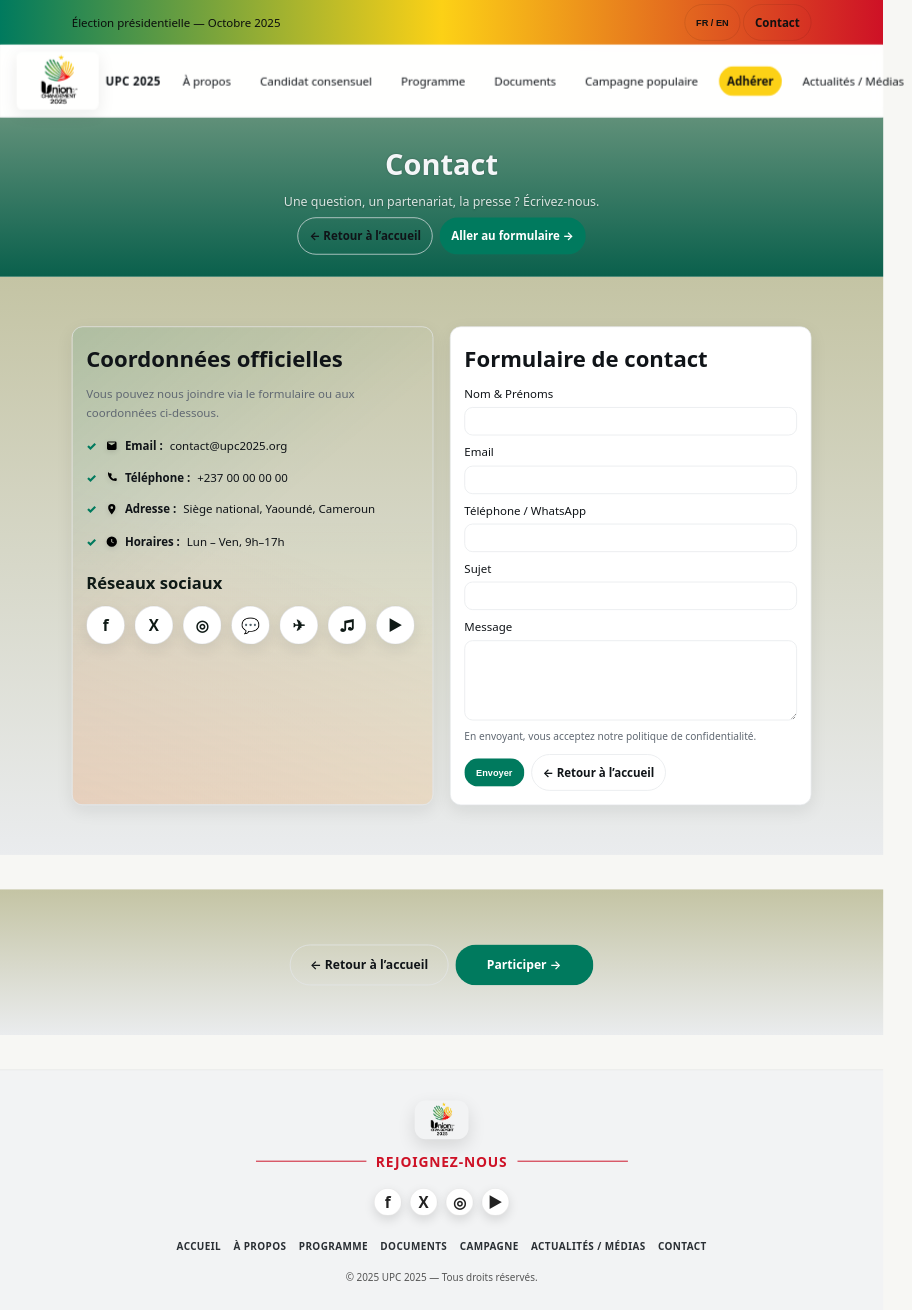
Repository: Kishny/upc2025
Page: contact.html
These files come from the project's save history. The page is drawn as it stood at one moment and after the next save; the edit follows.
The browser window is 1280 px wide. The page is 1322 px wide, so the pictures cover 1322 px, including what lies to the right of the window. The pictures show the whole page, at 69% of full size.

Above is the page before, as saved 2025-09-12 04:32:37.
Console error: ReferenceError: DICT_ABOUT is not defined

### contact.html
<!DOCTYPE html>
<html lang="fr">
  <head>
    <meta charset="utf-8" />
    <meta name="viewport" content="width=device-width,initial-scale=1" />
    <title data-i18n="contact_page_title">Contact — UPC 2025</title>
    <meta
      name="description"
      content="Formulaire de contact, coordonnées officielles et réseaux sociaux de l'Union Pour le Changement 2025."
      data-i18n="contact_page_desc"
    />
    <link rel="preload" href="assets/css/styles.css" as="style" />
    <link rel="stylesheet" href="assets/css/styles.css" />
    <link rel="icon" href="assets/img/logo.png" />
  </head>
  <body>
    <!-- Topbar -->
    <div class="topbar">
      <div class="container">
        <span class="topbar__msg" data-i18n="topbar_msg"
          >Élection présidentielle — Octobre 2025</span
        >
        <div class="topbar__actions">
          <button
            id="langToggle"
            class="btn btn--ghost"
            aria-label="Toggle language"
          >
            FR / EN
          </button>
          <a class="btn btn--ghost" href="contact.html" data-i18n="contact"
            >Contact</a
          >
        </div>
      </div>
    </div>

    <!-- Header -->
    <header class="header">
      <div class="container header__inner">
        <a href="index.html" class="brand">
          <img src="assets/img/logo.png" alt="UPC 2025" class="brand__logo" />
          <span class="brand__title">UPC 2025</span>
        </a>
        <nav id="nav" class="nav" aria-label="Navigation principale">
          <a href="a-propos.html" data-i18n="nav_about">À propos</a>
          <a href="candidat.html" data-i18n="nav_candidate"
            >Candidat consensuel</a
          >
          <a href="programme.html" data-i18n="nav_program">Programme</a>
          <a href="documents-officiels.html" data-i18n="nav_docs">Documents</a>
          <a href="campagne-populaire.html" data-i18n="nav_campaign"
            >Campagne populaire</a
          >
          <a href="adherer.html" class="nav__cta" data-i18n="nav_join"
            >Adhérer</a
          >
          <a href="actualites-medias.html" data-i18n="nav_news_media"
            >Actualités / Médias</a
          >
        </nav>
        <button id="burger" class="burger" aria-label="Menu">
          <span></span><span></span><span></span>
        </button>
      </div>
    </header>

    <!-- Hero compact -->
    <section class="hero" style="min-height: clamp(180px, 32vh, 360px)">
      <div class="hero__content container">
        <h1 class="hero__title" data-i18n="contact_title">Contact</h1>
        <p class="hero__subtitle" data-i18n="contact_subtitle">
          Une question, un partenariat, la presse ? Écrivez-nous.
        </p>
        <div class="hero__cta">
          <a href="index.html" class="btn btn--outline" data-i18n="back_home"
            >← Retour à l’accueil</a
          >
          <a href="#form" class="btn btn--primary" data-i18n="goto_form"
            >Aller au formulaire →</a
          >
        </div>
      </div>
    </section>

    <main>
      <!-- Coordonnées + Formulaire -->
      <section class="section">
        <div class="container grid-2">
          <!-- Coordonnées officielles -->
          <aside class="card gradient-cm contact-card">
            <h2 class="card__title" data-i18n="contact_block_title">
              Coordonnées officielles
            </h2>
            <p class="muted" data-i18n="contact_block_desc">
              Vous pouvez nous joindre via le formulaire ou aux coordonnées
              ci-dessous.
            </p>

            <ul class="checklist contact-list">
              <li>
                <!-- Email -->
                <svg class="ico" viewBox="0 0 24 24">
                  <path
                    d="M2.75 6.5A2.75 2.75 0 0 1 5.5 3.75h13A2.75 2.75 0 0 1 21.25 6.5v11A2.75 2.75 0 0 1 18.5 20.25h-13A2.75 2.75 0 0 1 2.75 17.5v-11Zm2.75-.75-.75.75v.22l7 4.41 7-4.41V6.5l-.75-.75H5.5Z"
                  />
                </svg>
                <strong data-i18n="contact_email_label">Email :</strong>
                <a href="mailto:contact@upc2025.org">contact@upc2025.org</a>
              </li>
              <li>
                <!-- Téléphone -->
                <svg class="ico" viewBox="0 0 24 24">
                  <path
                    d="M6.6 2a2 2 0 0 0-2 2c0 8.3 6.7 15 15 15a2 2 0 0 0 2-2v-2.3a1 1 0 0 0-1-1c-.5 0-1.3-.1-2-.3-.6-.2-1.3 0-1.7.4l-1.2 1.2a11.3 11.3 0 0 1-5.5-5.5l1.2-1.2c.4-.4.6-1.1.4-1.7-.2-.7-.3-1.5-.3-2a1 1 0 0 0-1-1H6.6Z"
                  />
                </svg>
                <strong data-i18n="contact_phone_label">Téléphone :</strong>
                <a href="tel:+237000000000">+237 00 00 00 00</a>
              </li>
              <li>
                <!-- Adresse -->
                <svg class="ico" viewBox="0 0 24 24">
                  <path
                    d="M12 2a7 7 0 0 0-7 7c0 5.2 7 13 7 13s7-7.8 7-13a7 7 0 0 0-7-7Zm0 9.5a2.5 2.5 0 1 1 0-5 2.5 2.5 0 0 1 0 5Z"
                  />
                </svg>
                <strong data-i18n="contact_addr_label">Adresse :</strong>
                <span data-i18n="contact_addr_value"
                  >Siège national, Yaoundé, Cameroun</span
                >
              </li>
              <li>
                <!-- Horaires -->
                <svg class="ico" viewBox="0 0 24 24">
                  <path
                    d="M12 2a10 10 0 1 0 0 20 10 10 0 0 0 0-20Zm.75 5v5l3.5 2.1-.75 1.2-4.5-2.8V7h1.75Z"
                  />
                </svg>
                <strong data-i18n="contact_hours_label">Horaires :</strong>
                <span data-i18n="contact_hours_value">Lun – Ven, 9h–17h</span>
              </li>
            </ul>

            <!-- Réseaux sociaux -->
            <h3 class="socials__title" data-i18n="socials_title">
              Réseaux sociaux
            </h3>
            <ul class="socials-list">
              <li>
                <a
                  class="sbtn sbtn--fb"
                  href="https://facebook.com/"
                  target="_blank"
                  aria-label="Facebook"
                  >f</a
                >
              </li>
              <li>
                <a
                  class="sbtn sbtn--tw"
                  href="https://twitter.com/"
                  target="_blank"
                  aria-label="Twitter"
                  >X</a
                >
              </li>
              <li>
                <a
                  class="sbtn sbtn--ig"
                  href="https://instagram.com/"
                  target="_blank"
                  aria-label="Instagram"
                  >◎</a
                >
              </li>
              <li>
                <a
                  class="sbtn sbtn--wa"
                  href="https://wa.me/237000000000"
                  target="_blank"
                  aria-label="WhatsApp"
                  >💬</a
                >
              </li>
              <li>
                <a
                  class="sbtn sbtn--tg"
                  href="https://t.me/"
                  target="_blank"
                  aria-label="Telegram"
                  >✈</a
                >
              </li>
              <li>
                <a
                  class="sbtn sbtn--tt"
                  href="https://tiktok.com/"
                  target="_blank"
                  aria-label="TikTok"
                  >♫</a
                >
              </li>
              <li>
                <a
                  class="sbtn sbtn--yt"
                  href="https://youtube.com/"
                  target="_blank"
                  aria-label="YouTube"
                  >▶</a
                >
              </li>
            </ul>
          </aside>

          <!-- Formulaire -->
          <section id="form" class="card">
            <h2 style="margin-top: 0" data-i18n="contact_form_title">
              Formulaire de contact
            </h2>
            <form id="form-contact" novalidate>
              <label>
                <span data-i18n="field_name">Nom & Prénoms</span>
                <input type="text" name="name" required />
              </label>

              <label>
                <span data-i18n="field_email">Email</span>
                <input type="email" name="email" required />
              </label>

              <label>
                <span data-i18n="field_phone">Téléphone / WhatsApp</span>
                <input type="tel" name="phone" />
              </label>

              <label>
                <span data-i18n="field_subject">Sujet</span>
                <input type="text" name="subject" required />
              </label>

              <label>
                <span data-i18n="field_message">Message</span>
                <textarea name="message" rows="6" required></textarea>
              </label>

              <p class="form__small" data-i18n="privacy_note">
                En envoyant, vous acceptez notre politique de confidentialité.
              </p>

              <div class="hero__cta" style="justify-content: flex-start">
                <button
                  type="submit"
                  class="btn btn--primary"
                  data-i18n="btn_send_msg"
                >
                  Envoyer
                </button>
                <a
                  href="index.html"
                  class="btn btn--outline"
                  data-i18n="back_home"
                  >← Retour à l’accueil</a
                >
              </div>

              <div class="form__alert" hidden aria-live="polite"></div>
            </form>
          </section>
        </div>
      </section>

      <!-- Navigation courte (cohérence) -->
      <section class="section nav-cta">
        <div class="container hero__cta">
          <a href="index.html" class="btn btn--outline" data-i18n="back_home"
            >← Retour à l’accueil</a
          >
          <a
            href="participez.html"
            class="btn btn--primary"
            data-i18n="goto_participate"
            >Participer →</a
          >
        </div>
      </section>
    </main>

    <!-- Footer propre -->
    <footer class="footer footer--clean">
      <div class="container footer__wrap">
        <img src="assets/img/logo.png" alt="UPC 2025" class="footer__logo" />
        <div class="footer__titleline">
          <span class="footer__line"></span>
          <h3 class="footer__title" data-i18n="footer_join">REJOIGNEZ-NOUS</h3>
          <span class="footer__line"></span>
        </div>

        <ul class="footer__socials">
          <li>
            <a class="sbtn" href="#" aria-label="Facebook" title="Facebook"
              >f</a
            >
          </li>
          <li>
            <a class="sbtn" href="#" aria-label="X / Twitter" title="X">X</a>
          </li>
          <li>
            <a class="sbtn" href="#" aria-label="Instagram" title="Instagram"
              >◎</a
            >
          </li>
          <li>
            <a class="sbtn" href="#" aria-label="YouTube" title="YouTube">▶</a>
          </li>
        </ul>

        <nav class="footer__nav">
          <a href="index.html" data-i18n="footer_home">Accueil</a>
          <a href="a-propos.html" data-i18n="nav_about">À propos</a>
          <a href="programme.html" data-i18n="nav_program">Programme</a>
          <a href="documents-officiels.html" data-i18n="nav_docs">Documents</a>
          <a href="campagne-populaire.html" data-i18n="nav_campaign"
            >Campagne</a
          >
          <a href="actualites-medias.html" data-i18n="nav_news_media"
            >Actualités / Médias</a
          >
          <a href="contact.html" data-i18n="contact">Contact</a>
        </nav>

        <small class="footer__copy">
          © <span id="year"></span> UPC 2025 —
          <span data-i18n="rights">Tous droits réservés.</span>
        </small>
      </div>
    </footer>

    <script src="assets/js/app.js" defer></script>
  </body>
</html>

Loaded but not shown: assets/js/app.js (1349 lines, source omitted); assets/css/styles.css (3051 lines, source omitted)

After the next save:
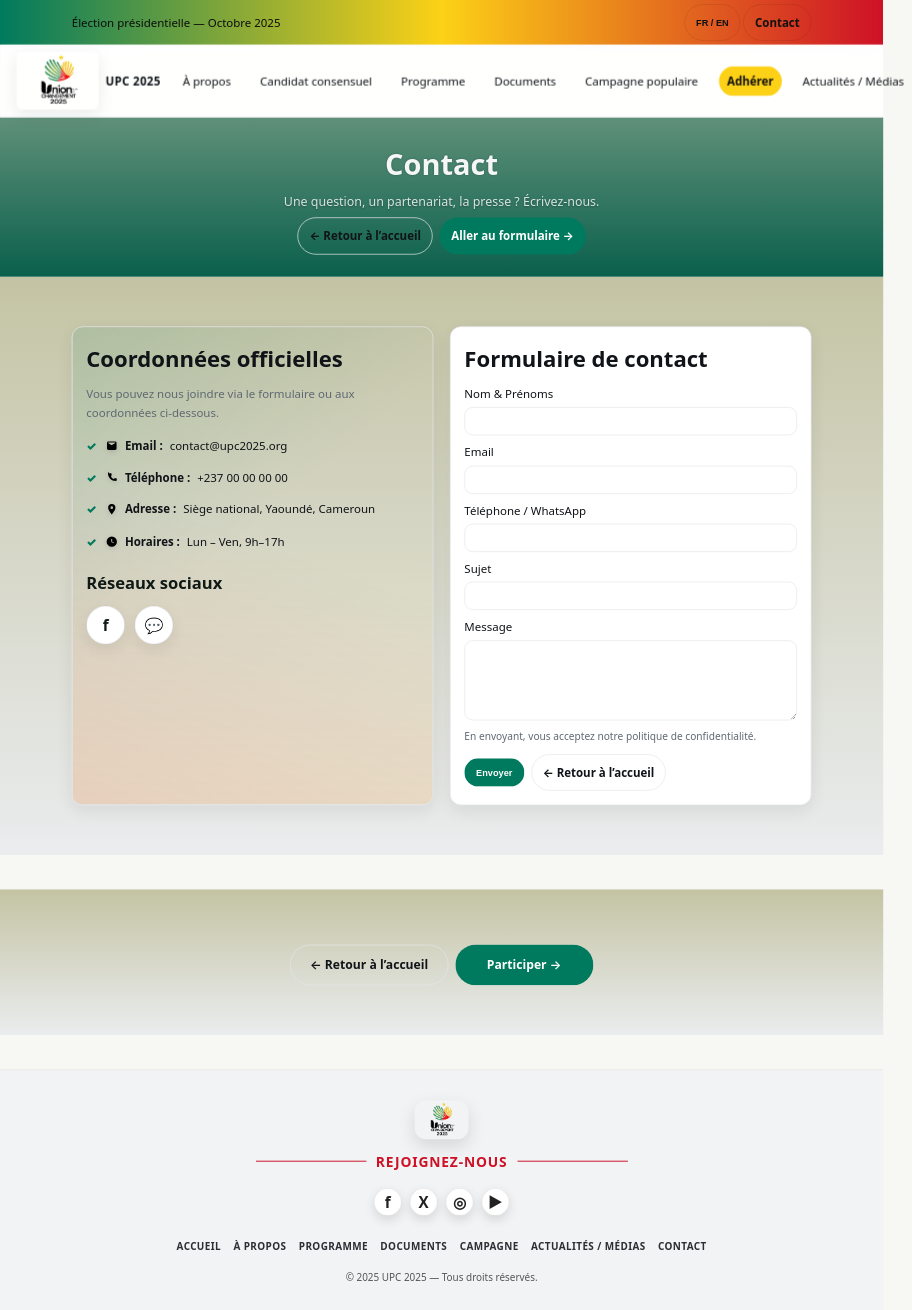
Saved 56 s later.
--- a/contact.html
+++ b/contact.html
@@ -158,56 +158,11 @@
               </li>
               <li>
                 <a
-                  class="sbtn sbtn--tw"
-                  href="https://twitter.com/"
-                  target="_blank"
-                  aria-label="Twitter"
-                  >X</a
-                >
-              </li>
-              <li>
-                <a
-                  class="sbtn sbtn--ig"
-                  href="https://instagram.com/"
-                  target="_blank"
-                  aria-label="Instagram"
-                  >◎</a
-                >
-              </li>
-              <li>
-                <a
                   class="sbtn sbtn--wa"
                   href="https://wa.me/237000000000"
                   target="_blank"
                   aria-label="WhatsApp"
                   >💬</a
-                >
-              </li>
-              <li>
-                <a
-                  class="sbtn sbtn--tg"
-                  href="https://t.me/"
-                  target="_blank"
-                  aria-label="Telegram"
-                  >✈</a
-                >
-              </li>
-              <li>
-                <a
-                  class="sbtn sbtn--tt"
-                  href="https://tiktok.com/"
-                  target="_blank"
-                  aria-label="TikTok"
-                  >♫</a
-                >
-              </li>
-              <li>
-                <a
-                  class="sbtn sbtn--yt"
-                  href="https://youtube.com/"
-                  target="_blank"
-                  aria-label="YouTube"
-                  >▶</a
                 >
               </li>
             </ul>
